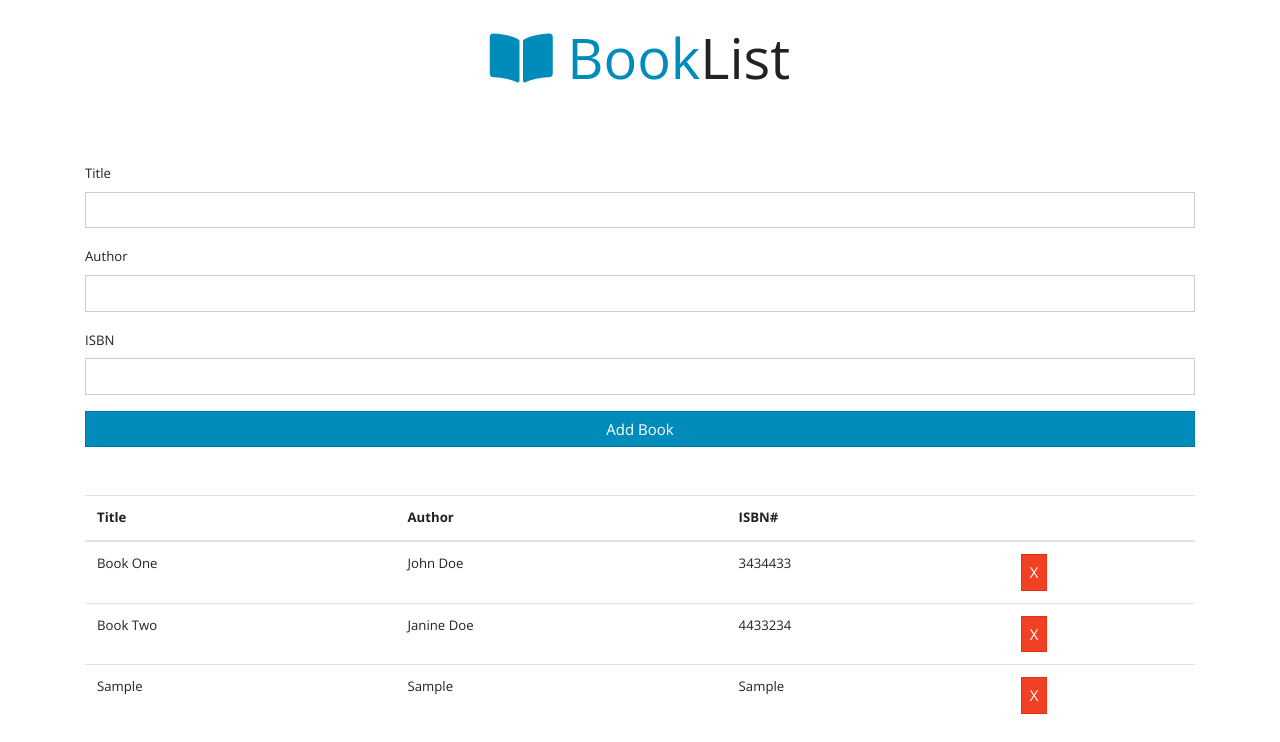
Repository: carrascomcesar/JSBOOKLIST
Page: index.html
The author's editor kept a copy of each file at every save. The page is drawn from the files as they stood at one save, then again after a run of saves.
The browser window is 1280 px wide. The pictures show the whole page.
Empty fields were first filled with sample values (such as "Sample", 5 or name@example.com).
After loading, the first visible `#book-form` was submitted once.
Some web libraries are served in a nearby version.

Above is the page before, as saved 2021-02-01 11:41:36.

### index.html
<!DOCTYPE html>
<html lang="en">
<head>
    <meta charset="UTF-8">
    <meta name="viewport" content="width=device-width, initial-scale=1.0">
    <link rel="stylesheet" href="https://pro.fontawesome.com/releases/v5.10.0/css/all.css"
        integrity="sha384-AYmEC3Yw5cVb3ZcuHtOA93w35dYTsvhLPVnYs9eStHfGJvOvKxVfELGroGkvsg+p" crossorigin="anonymous" />

    <link rel="stylesheet" href="https://bootswatch.com/4/yeti/bootstrap.min.css">
    <title>Booklist App</title>
</head>
<body>
    <div class="container mt-4">
        <h1 class="display-4 text-center">
            <i class="fa-book-open fas text-primary"></i>
            <span class="text-primary">Book</span>List
        </h1>
        <form id="book-form">
            <div class="form-group">
                <label for="title">Title</label>
                <input type="text" name=""  id="title" class="form-control">
            </div>
            <div class="form-group">
                <label for="author">Author</label>
                <input type="text" name=""  id="author" class="form-control">
            </div>
            <div class="form-group">
                <label for="isbn">ISBN</label>
                <input type="text" name="" id="isbn"  class="form-control">
            </div>
            <input type="submit" value="Add Book" class="btn btn-primary btn-block">
        </form>
        <table class="table table-stripe mt-5">
            <thead>
                <tr>
                    <th>Title</th>
                    <th>Author</th>
                    <th>ISBN#</th>
                    <th></th>
                </tr>
            </thead>
            <tbody id="book-list">
            </tbody>
        </table>
    </div>

    <script src="app.js"></script>
</body>
</html>

### app.js
// Book Class: Represents a Book
class Book {
  constructor(title, author, isbn) {
    this.title = title;
    this.author = author;
    this.isbn = isbn;
  }
}

// UI Class: Handle UI Tasks
class UI {
  static displayBooks() {
    const StoredBooks = [
      {
        title: "Book One",
        author: "John Doe",
        isbn: "3434433",
      },
      {
        title: "Book Two",
        author: "Janine Doe",
        isbn: "4433234",
      },
    ];

    const books = StoredBooks;

    books.forEach((book) => UI.addBookToList(book));
  }

  static addBookToList(book) {
    const list = document.querySelector("#book-list");
    const row = document.createElement("tr");
    row.innerHTML = `
            <td>${book.title}</td>
            <td>${book.author}</td>
            <td>${book.isbn}</td>
            <td><a href="#" class="btn btn-danger delete">X</a></td>
        `;
    list.appendChild(row);
  }
  static deleteBook(el) {
    if (el.classList.contains("delete")) {
      el.parentElement.parentElement.remove();
    }
  }
  static showAlert(message, className) {
    const div = document.createElement("div");
    div.className = `alert alert-${className}`;
    div.appendChild(document.createTextNode(message));
    const container = document.querySelector(".container");
    const form = document.querySelector("#book-form");
    container.insertBefore(div, form);
    // vanish in 3 seconds
    setTimeout(() => document.querySelector(".alert").remove(), 3000);
  }

  static ClearFields() {
    document.querySelector("#title").value = "";
    document.querySelector("#author").value = "";
    document.querySelector("#isbn").value = "";
  }
}
// Store Class: Handles Local Storage

// Event: Display Books
document.addEventListener("DOMContentLoaded", UI.displayBooks);
// Event: Add a Book
document.querySelector("#book-form").addEventListener("submit", (e) => {
  // Prevent Submit
  e.preventDefault();

  // Get form values
  const title = document.querySelector("#title").value;
  const author = document.querySelector("#author").value;
  const isbn = document.querySelector("#isbn").value;

  // Validate

  if (title === "" || author === "" || isbn === "") {
    UI.showAlert("Please fill in all fields", "danger");
  } else {
    // Instantiate book
    const book = new Book(title, author, isbn);

    // Add book to UI
      UI.addBookToList(book);

      // Show success message

      UI.showAlert()

    // Clear Fields
    UI.ClearFields();
  }
});

// Event: Remove a Book
document.querySelector("#book-list").addEventListener("click", (e) => {
  UI.deleteBook(e.target);
});

After the next 3 saves:
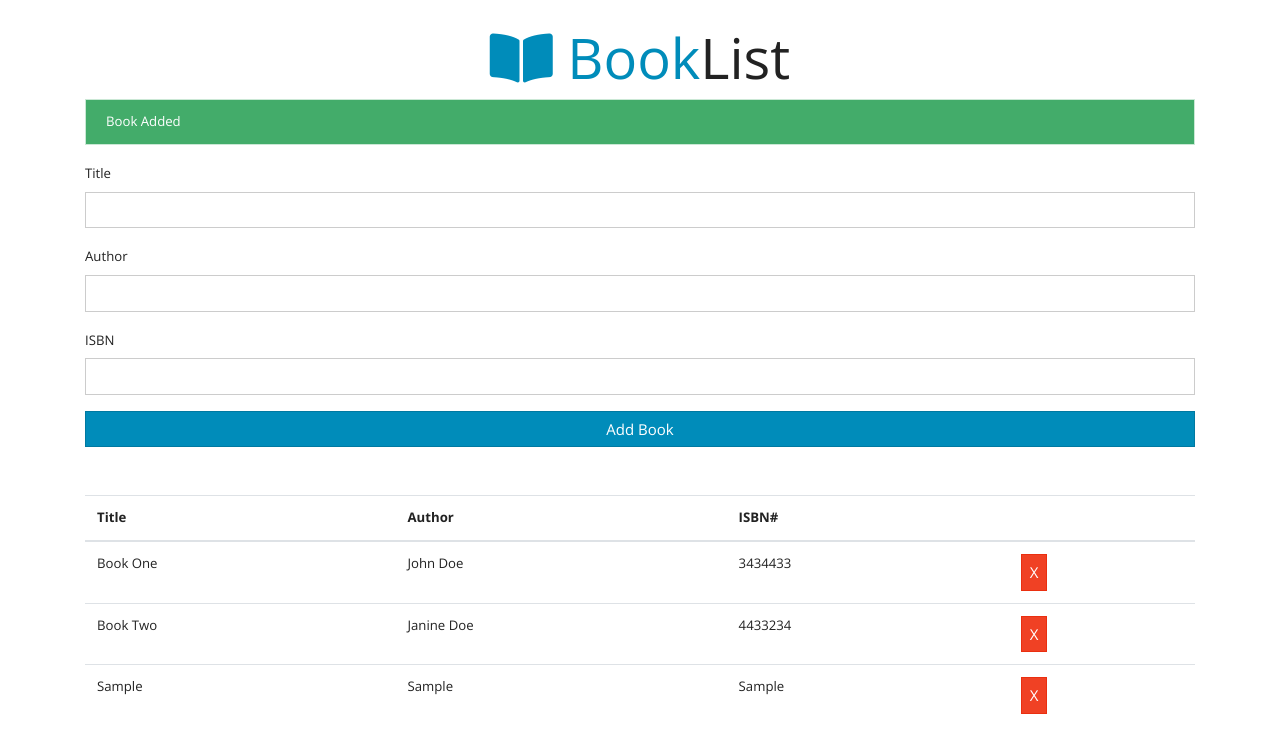
The 3 saves are shown as one change because they came seconds apart.
The last was saved 10 s later.
--- a/app.js
+++ b/app.js
@@ -88,7 +88,7 @@ document.querySelector("#book-form").addEventListener("submit", (e) => {
 
       // Show success message
 
-      UI.showAlert()
+      UI.showAlert('Book Added', 'success');
 
     // Clear Fields
     UI.ClearFields();
